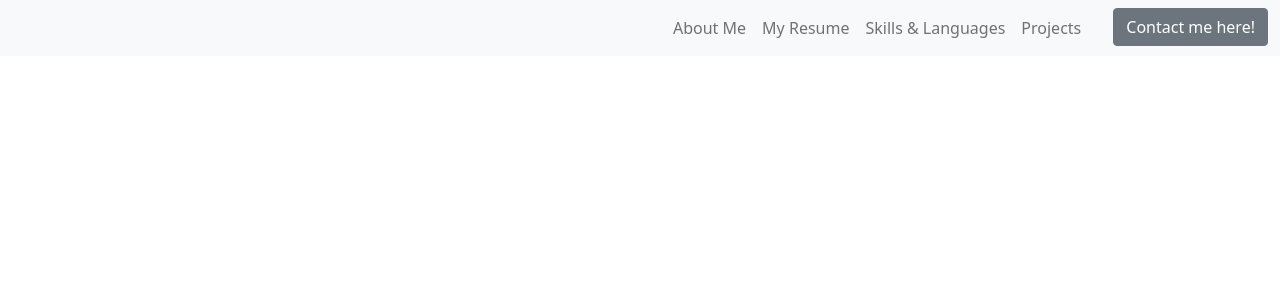
Repository: rihebtlh/portfolio
Page: new.html
These files come from the project's save history. The page is drawn as it stood at one moment and after the next save; the edit follows.
The browser window is 1280 px wide. The pictures show the whole page.

Above is the page before, as saved 2025-07-01 16:49:46.

After the next save:
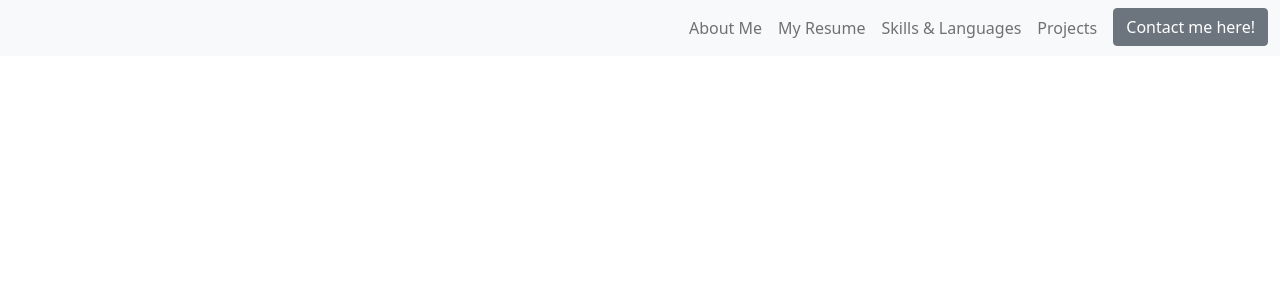
Saved 14 s later.
--- a/new.html
+++ b/new.html
@@ -36,9 +36,6 @@
           <li class="nav-item">
             <a class="nav-link" href="#available-cats">Projects</a>
           </li>
-          <li class="nav-item">
-            <a class="nav-link" href="#shop"></a>
-          </li>
           <li class="nav-item ms-2 d-none d-md-inline">
             <a class="btn btn-secondary" href="#available-cats">Contact me here!</a>
           </li>
